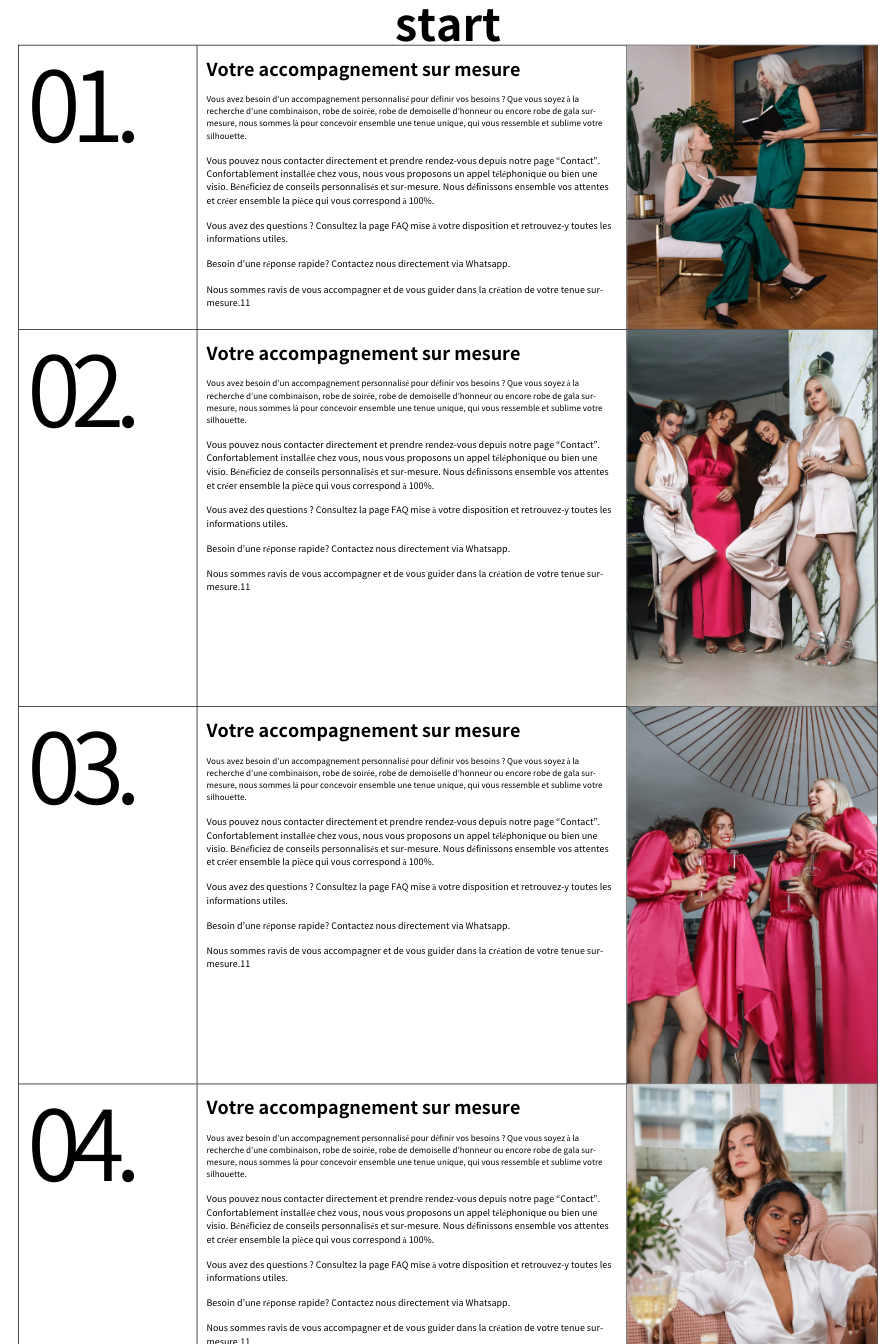
Repository: lwygold/motion
Page: layout/위로 하나씩 붙는 그리드.html
An editor plug-in stored every save of this project. The page is shown before and after the next save, followed by the edit.
The browser window is 1280 px wide. The pictures show the part of the page from y = 0 to 1920 px (the page is 2526 px tall before and 2654 px after), at 70% of full size.

Above is the page before, as saved 2023-03-28 09:57:38.

After the next save:
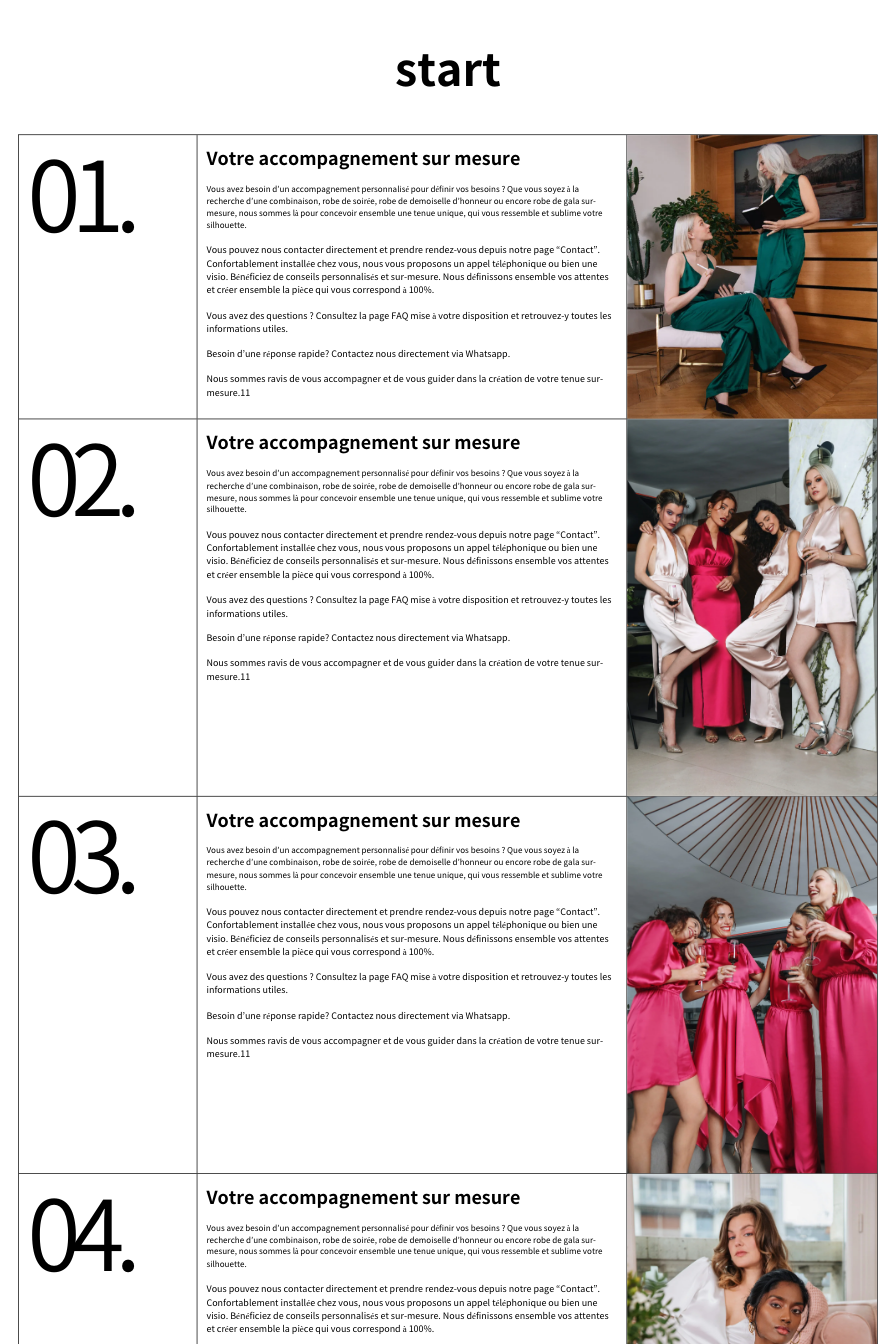
Saved 8 s later.
--- a/layout/위로 하나씩 붙는 그리드.html
+++ b/layout/위로 하나씩 붙는 그리드.html
@@ -36,6 +36,7 @@
     h2 {
         font-size: 5vw;
         text-align: center;
+        margin: 5vw 0;
     }
     .grid {
         border:1px solid #000;
